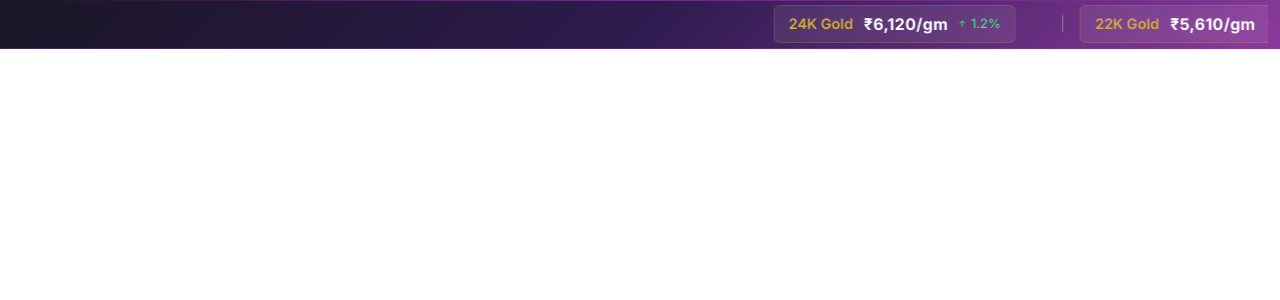
Repository: Vaishnavi323/SonaChandi
Page: http://localhost/sonachandi/application/views/demo.php
An editor plug-in stored every save of this project. The page is shown before and after the next save, followed by the edit.
The browser window is 1280 px wide. The pictures show the whole page.
The page is run by PHP 8.4 with error messages shown; the project is at /var/www/html/.

Above is the page before, as saved 2025-06-12 12:52:55.

### application/views/demo.php
<!DOCTYPE html>
<html lang="en">

<head>
    <meta charset="UTF-8">
    <meta name="viewport" content="width=device-width, initial-scale=1.0">
    <title>Professional Gold Rates Display</title>
    <link href="https://cdnjs.cloudflare.com/ajax/libs/bootstrap/5.3.0/css/bootstrap.min.css" rel="stylesheet">
    <link href="https://cdnjs.cloudflare.com/ajax/libs/bootstrap-icons/1.10.0/font/bootstrap-icons.min.css" rel="stylesheet">
    <style>
        @import url('https://fonts.googleapis.com/css2?family=Inter:wght@300;400;500;600;700&family=Playfair+Display:wght@400;600&display=swap');

        .gold-rates-bar {
            background: linear-gradient(135deg, #1a1625 0%, #2d1b4e 50%, #8b3a9c 100%);
            border-bottom: 1px solid rgba(181, 63, 194, 0.3);
            position: relative;
            overflow: hidden;
        }

        .gold-rates-bar::before {
            content: '';
            position: absolute;
            top: 0;
            left: 0;
            right: 0;
            height: 1px;
            background: linear-gradient(90deg, transparent, rgba(181, 63, 194, 0.5), transparent);
        }

        .rates-header {
            font-family: 'Playfair Display', serif;
            font-weight: 600;
            color: #ffffff;
            display: flex;
            align-items: center;
            gap: 10px;
            padding: 12px 0;
            letter-spacing: 0.5px;
        }

        .header-icon {
            color: #d4af37;
            font-size: 1.3rem;
            opacity: 0.9;
        }

        .scroll-wrapper {
            overflow: hidden;
            position: relative;
            flex-grow: 1;
            height: 48px;
            display: flex;
            align-items: center;
        }

        .rates-ticker {
            font-family: 'Inter', sans-serif;
            font-weight: 500;
            color: #ffffff;
            white-space: nowrap;
            animation: smoothScroll 20s linear infinite;
            display: flex;
            align-items: center;
            font-size: 0.9rem;
        }

        @keyframes smoothScroll {
            0% {
                transform: translateX(100%);
            }

            100% {
                transform: translateX(-100%);
            }
        }

        .rate-segment {
            display: inline-flex;
            align-items: center;
            margin-right: 30px;
            padding: 6px 14px;
            background: rgba(255, 255, 255, 0.08);
            border: 1px solid rgba(212, 175, 55, 0.2);
            border-radius: 6px;
            transition: all 0.3s ease;
            backdrop-filter: blur(2px);
        }

        .rate-segment:hover {
            background: rgba(255, 255, 255, 0.12);
            border-color: rgba(212, 175, 55, 0.4);
            transform: translateY(-1px);
        }

        .metal-name {
            font-weight: 600;
            color: #d4af37;
            margin-right: 10px;
            font-size: 0.9rem;
            min-width: 65px;
            text-align: left;
        }

        .metal-price {
            font-family: 'Inter', sans-serif;
            font-weight: 700;
            font-size: 1rem;
            color: #ffffff;
            letter-spacing: 0.3px;
        }

        .price-change {
            margin-left: 8px;
            font-size: 0.8rem;
            font-weight: 500;
            display: inline-flex;
            align-items: center;
            gap: 2px;
        }

        .change-up {
            color: #4ade80;
        }

        .change-down {
            color: #f87171;
        }

        .change-neutral {
            color: #94a3b8;
        }

        .update-info {
            background: rgba(255, 255, 255, 0.1);
            color: rgba(255, 255, 255, 0.9);
            padding: 6px 12px;
            border-radius: 20px;
            font-size: 0.8rem;
            font-weight: 500;
            border: 1px solid rgba(255, 255, 255, 0.15);
            margin-left: 25px;
            display: inline-flex;
            align-items: center;
            gap: 5px;
        }

        .live-indicator {
            width: 6px;
            height: 6px;
            background: #4ade80;
            border-radius: 50%;
            animation: subtlePulse 2s ease-in-out infinite;
        }

        @keyframes subtlePulse {

            0%,
            100% {
                opacity: 1;
            }

            50% {
                opacity: 0.6;
            }
        }

        .separator {
            color: rgba(255, 255, 255, 0.4);
            margin: 0 15px;
            font-weight: 300;
        }

        /* Mobile Responsiveness */
        @media (max-width: 768px) {
            .rates-header {
                font-size: 0.9rem;
                padding: 10px 0;
            }

            .header-icon {
                font-size: 1.1rem;
            }

            .rate-segment {
                margin-right: 30px;
                padding: 6px 14px;
            }

            .metal-name {
                font-size: 0.85rem;
                min-width: 55px;
            }

            .metal-price {
                font-size: 0.9rem;
            }

            .update-info {
                font-size: 0.8rem;
                padding: 5px 10px;
                margin-left: 25px;
            }
        }

        @media (max-width: 576px) {
            .gold-rates-bar {
                padding: 8px;
            }

            .rates-header {
                font-size: 0.85rem;
                flex-direction: column;
                align-items: flex-start;
                gap: 6px;
                padding: 8px 0;
            }

            .scroll-wrapper {
                height: 42px;
            }

            .rates-ticker {
                font-size: 0.85rem;
                animation-duration: 35s;
            }

            .rate-segment {
                margin-right: 25px;
                padding: 5px 12px;
            }

            .metal-name {
                font-size: 0.8rem;
                min-width: 50px;
            }

            .metal-price {
                font-size: 0.85rem;
            }

            .price-change {
                font-size: 0.75rem;
            }

            .separator {
                margin: 0 10px;
            }
        }

        /* Accessibility */
        @media (prefers-reduced-motion: reduce) {
            .rates-ticker {
                animation-duration: 60s;
            }

            .live-indicator {
                animation: none;
            }
        }

        @media (prefers-contrast: high) {
            .gold-rates-bar {
                background: #1a1625;
                border-bottom: 2px solid #b53fc2;
            }

            .rate-segment {
                background: rgba(255, 255, 255, 0.15);
                border: 2px solid rgba(212, 175, 55, 0.5);
            }
        }
    </style>
</head>

<body>
    <div class="gold-rates-bar">
        <div class="container-fluid d-flex align-items-center">


            <div class="scroll-wrapper">
                <div class="rates-ticker">
                    <div class="rate-segment">
                        <span class="metal-name">24K Gold</span>
                        <span class="metal-price">₹6,120/gm</span>
                        <span class="price-change change-up">
                            <i class="bi bi-arrow-up-short"></i>1.2%
                        </span>
                    </div>

                    <span class="separator">|</span>

                    <div class="rate-segment">
                        <span class="metal-name">22K Gold</span>
                        <span class="metal-price">₹5,610/gm</span>
                        <span class="price-change change-up">
                            <i class="bi bi-arrow-up-short"></i>0.8%
                        </span>
                    </div>

                    <span class="separator">|</span>

                    <div class="rate-segment">
                        <span class="metal-name">18K Gold</span>
                        <span class="metal-price">₹4,590/gm</span>
                        <span class="price-change change-down">
                            <i class="bi bi-arrow-down-short"></i>0.3%
                        </span>
                    </div>

                    <span class="separator">|</span>

                    <div class="rate-segment">
                        <span class="metal-name">Silver</span>
                        <span class="metal-price">₹75.50/gm</span>
                        <span class="price-change change-up">
                            <i class="bi bi-arrow-up-short"></i>2.1%
                        </span>
                    </div>

                    <span class="separator">|</span>

                    <div class="update-info">
                        <div class="live-indicator"></div>
                        <i class="bi bi-clock"></i>
                        Updated: 12 June 2025, 15:45 IST
                    </div>
                </div>
            </div>
        </div>
    </div>
</body>

</html>

After the next save:
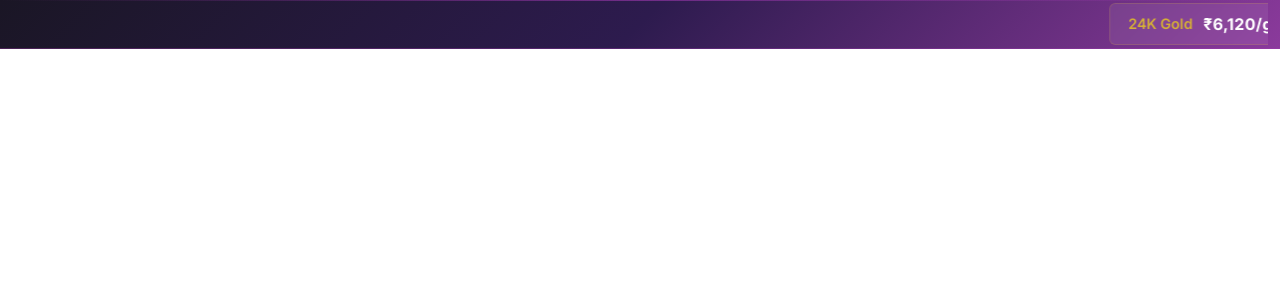
Saved 2 min 16 s later.
--- a/application/views/demo.php
+++ b/application/views/demo.php
@@ -58,10 +58,10 @@
             font-weight: 500;
             color: #ffffff;
             white-space: nowrap;
-            animation: smoothScroll 20s linear infinite;
+            animation: smoothScroll 30s linear infinite;
             display: flex;
             align-items: center;
-            font-size: 0.9rem;
+            font-size: 0.95rem;
         }
 
         @keyframes smoothScroll {
@@ -77,8 +77,8 @@
         .rate-segment {
             display: inline-flex;
             align-items: center;
-            margin-right: 30px;
-            padding: 6px 14px;
+            margin-right: 45px;
+            padding: 8px 18px;
             background: rgba(255, 255, 255, 0.08);
             border: 1px solid rgba(212, 175, 55, 0.2);
             border-radius: 6px;
@@ -133,15 +133,15 @@
         .update-info {
             background: rgba(255, 255, 255, 0.1);
             color: rgba(255, 255, 255, 0.9);
-            padding: 6px 12px;
+            padding: 6px 14px;
             border-radius: 20px;
-            font-size: 0.8rem;
+            font-size: 0.85rem;
             font-weight: 500;
             border: 1px solid rgba(255, 255, 255, 0.15);
-            margin-left: 25px;
+            margin-left: 35px;
             display: inline-flex;
             align-items: center;
-            gap: 5px;
+            gap: 6px;
         }
 
         .live-indicator {
